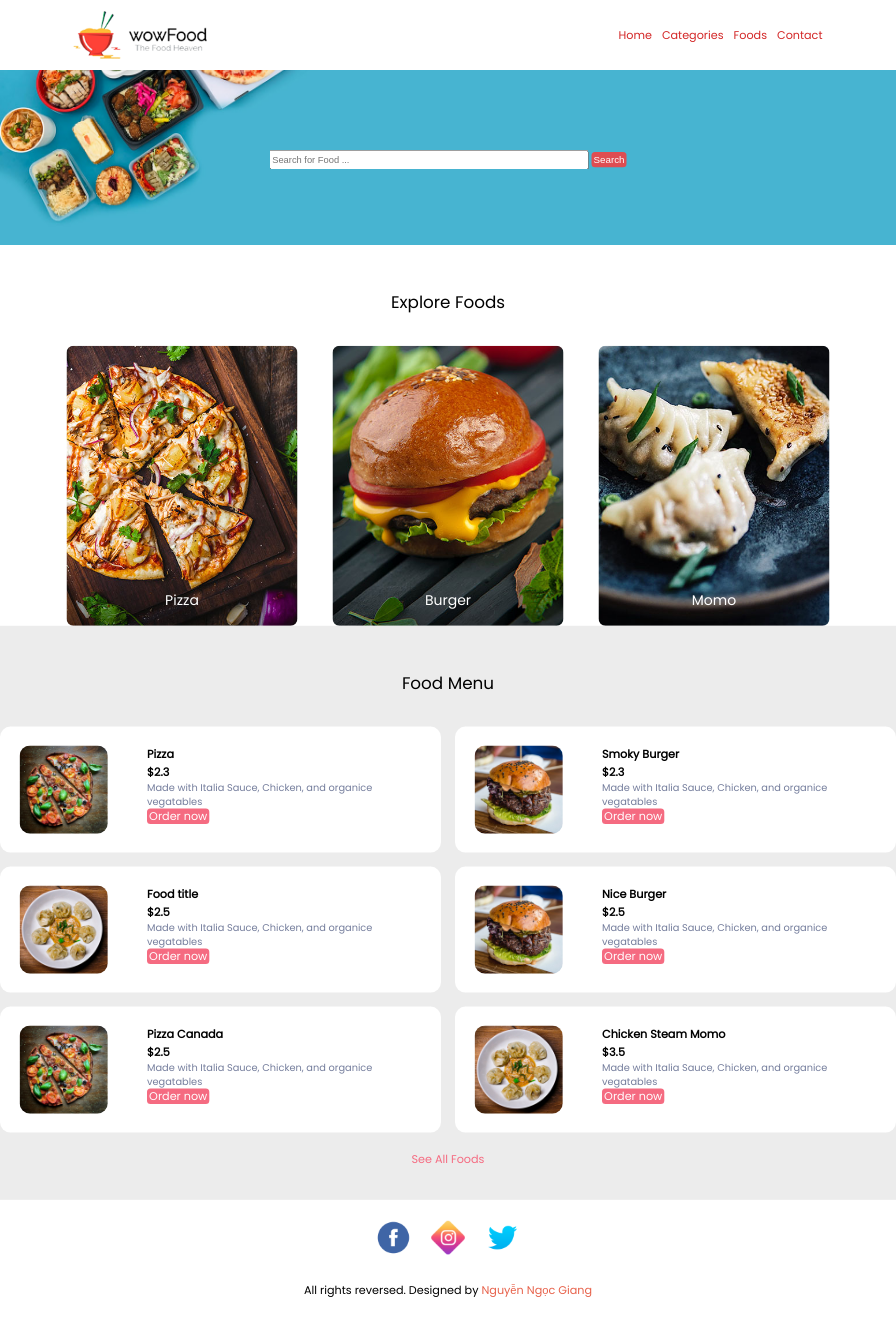
Repository: ruaruababa/WowFood
Page: index.html
An editor plug-in stored every save of this project. The page is shown before and after a run of saves, followed by the edit.
The browser window is 1280 px wide. The pictures show the whole page, at 70% of full size.

Above is the page before, as saved 2021-09-18 11:23:31.

After the next 3 saves:
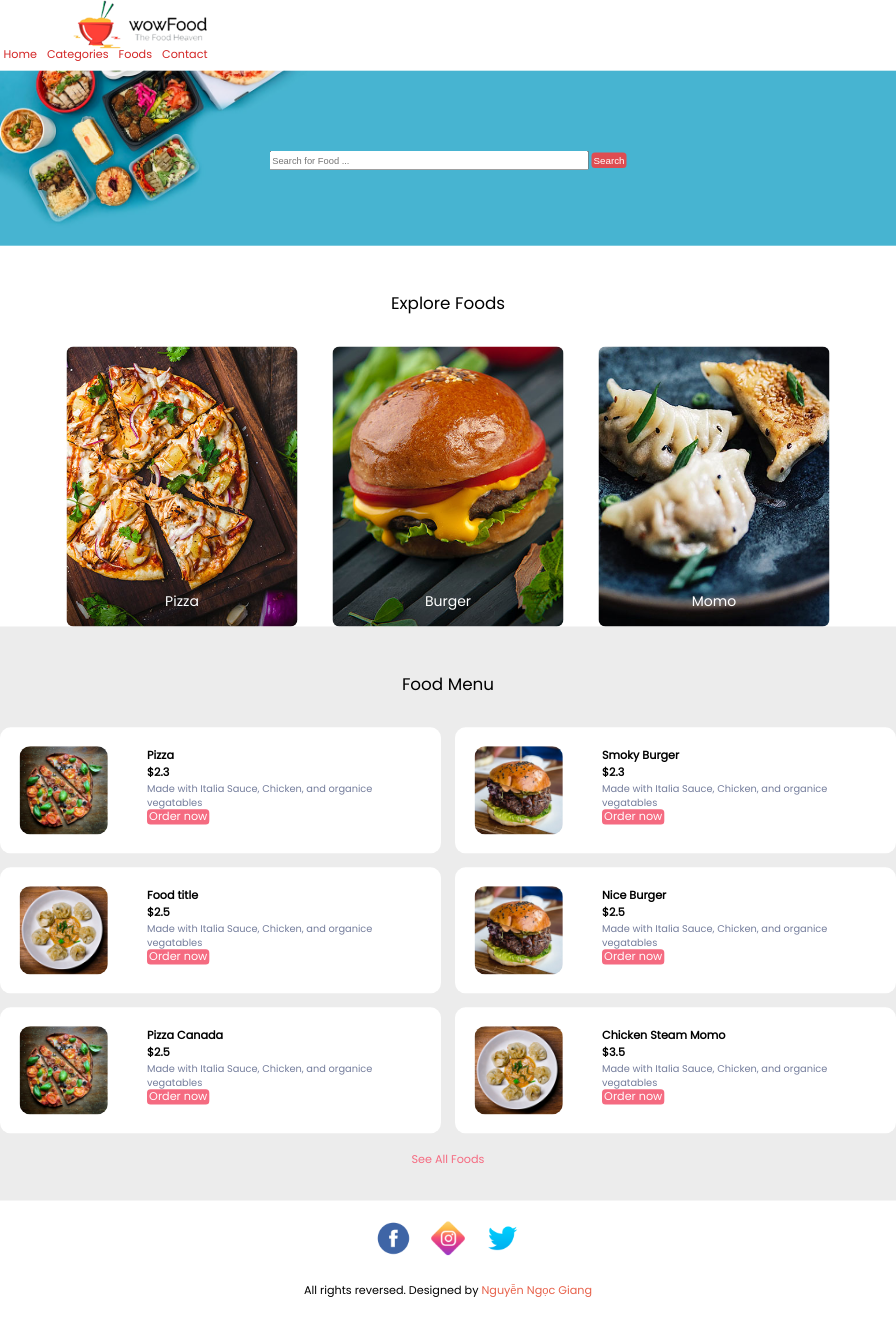
The 3 saves are shown as one change because they came seconds apart.
The last was saved 47 s later.
--- a/style.css
+++ b/style.css
@@ -1,9 +1,9 @@
+hea
 .container-header {
     display: flex;
     justify-content: space-between;
     align-items: center;
     margin-top: 15px;
-    width: 100%;
 }
 
 .header-left {

After the 2 saves that followed:
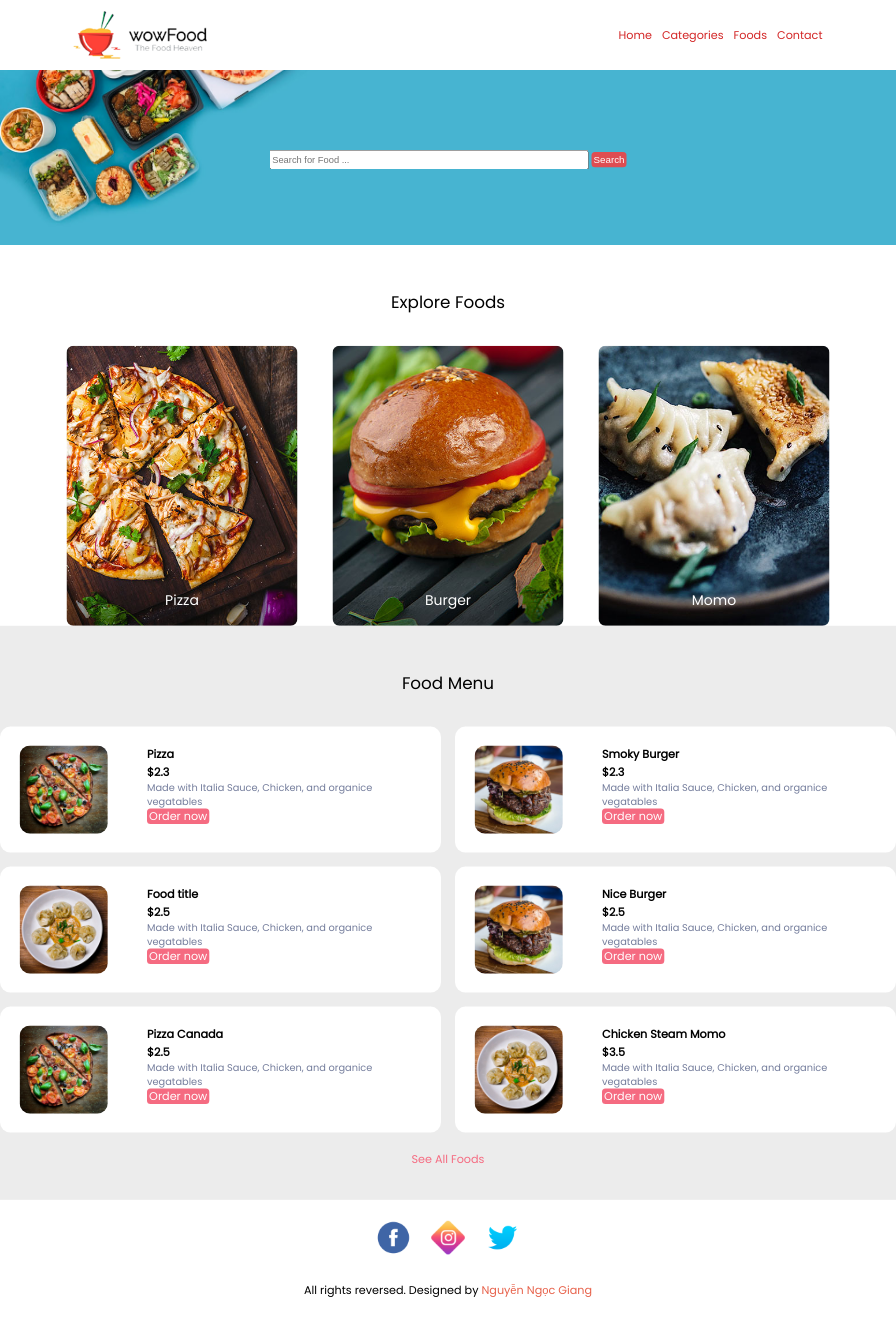
The 2 saves are shown as one change because they came seconds apart.
The last was saved 8 s later.
--- a/style.css
+++ b/style.css
@@ -1,4 +1,6 @@
-hea
+header{
+    width: 100%;
+}
 .container-header {
     display: flex;
     justify-content: space-between;
